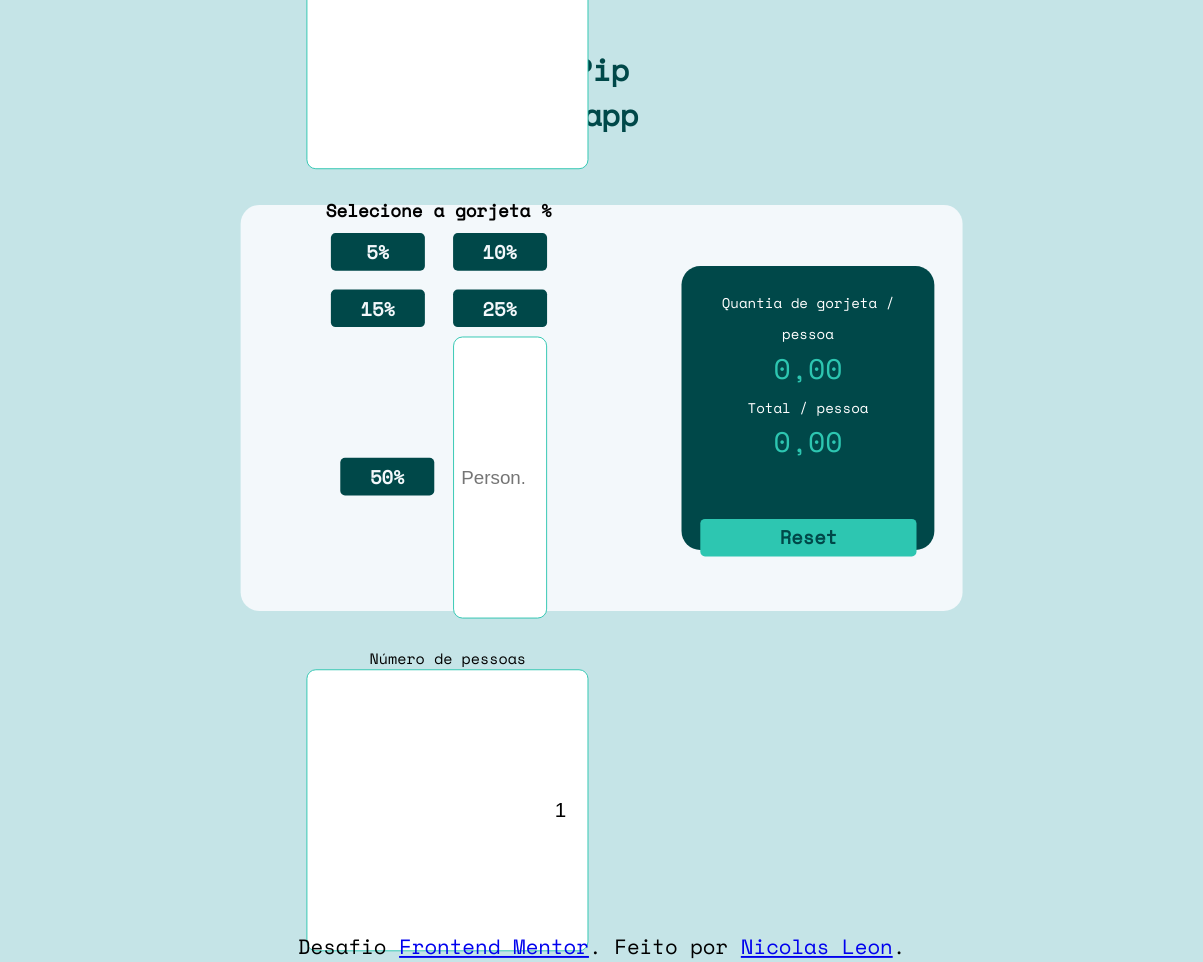
Repository: Leonngc/Calculadora-de-Gorjetas
Page: /
An editor plug-in stored every save of this project. The page is shown before and after a run of saves, followed by the edit.
The browser window is 1280 px wide. The pictures show the whole page, at 94% of full size.
The project was rebuilt for these pictures with package versions that can differ from the ones it lists, and the page was loaded fresh each time. Also part of the build but not shown: webpack.config.js.

Above is the page before, as saved 2023-06-26 19:59:35.

### index.html
<!DOCTYPE html>
<html lang="pt-br">
<head>
  <meta charset="UTF-8">
  <meta name="viewport" content="width=device-width, initial-scale=1.0"> <!-- displays site properly based on user's device -->

  <link rel="icon" type="image/png" sizes="32x32" href="./images/favicon-32x32.png">
  <link rel="stylesheet" href="sass/style.css">
  <title>Gorjeta App</title>
</head>
<body>

  <main>
    <h1>Pip<br>.app</h1>
    <div class="container">

      <div class="bill-container">
        <label for="bill-input">Conta R$</label>
        <input type="number" id="bill-input">

        <div class="tip-container">
          <h3>Selecione a gorjeta %</h3>
          <button>5%</button>
          <button>10%</button>
          <button>15%</button>
          <button>25%</button>
          <button>50%</button>
          <input type="number" placeholder="Person." id="custom-tip"></input>
        </div>

        <label for="">Número de pessoas</label>
        <input type="number" id="number-persons" required value="1" minlength="1">
      </div>

  <div class="result-container">
          <div class="result" id="result-tip">
            <span>
              Quantia de gorjeta
              / pessoa
            </span>
            <div class="output-result" id="output-tip">
              0,00
            </div>
          </div>

        <div class="result" id="result-total">
          <span>
            Total
            / pessoa
          </span>
          <div class="output-result" id="output-total">0,00</div>
        </div>
        <button>Reset</button>
      </div>
    </div>
  </main>

  <footer class="attribution">
    <p>
      Desafio <a href="https://www.frontendmentor.io?ref=challenge" target="_blank">Frontend Mentor</a>.
      Feito por <a href="https://leonngc.github.io/nicdev/" target="_blank">Nicolas Leon</a>.
    </p>
  </footer>
</body>
</html>

### sass/style.css
@import url("https://fonts.googleapis.com/css2?family=Space+Mono&display=swap");
body {
  font-family: Space Mono;
  background-color: #C5E4E7;
}

h1 {
  color: #004849;
}

main {
  height: 100vh;
}

.container {
  background-color: #F3F8FB;
  height: 50vh;
  text-align: center;
  margin-top: 10vh;
}

button {
  background: #004849;
  color: #F3F8FB;
  font-size: 20px;
  font-weight: bold;
  font-family: Space Mono;
  width: 100px;
  height: 40px;
  border-radius: 5px;
  border: none;
}
button:hover {
  background-color: #2DC6B1;
  color: #004849;
}

input {
  width: 300px;
  height: 20px;
  padding: 8px;
  font-size: 22px;
  border: solid 1px #2DC6B1;
  border-radius: 10px;
  text-align: end;
}
input:focus {
  border: solid 1px #2DC6B1;
}

.tip-container input {
  width: 100px;
  font-size: 20px;
}
@media (max-width: 800px) {
  .tip-container input {
    padding: 20px;
  }
}

.result-container {
  background-color: #004849;
  color: #fff;
  font-size: 22px;
}
.result-container .output-result {
  color: #2DC6B1;
  font-size: 30px;
}
@media (max-width: 800px) {
  .result-container .output-result {
    font-size: 18px;
  }
}
.result-container button {
  background-color: #2DC6B1;
  color: #004849;
}

footer {
  margin-top: 220px;
  font-size: 22px;
}

* {
  margin: 0 auto;
  padding: 0;
  box-sizing: border-box;
}

body {
  text-align: center;
}

main {
  margin-top: 50px;
  margin-bottom: 100px;
}
@media (max-width: 800px) {
  main {
    margin-top: 10px;
  }
}

.container {
  width: 60vw;
  height: 60vh;
  display: flex;
  align-items: center;
  border-radius: 20px;
}
@media (max-width: 800px) {
  .container {
    width: 90vw;
    flex-direction: column;
    height: 100vh;
    padding: 20px;
  }
}
.container .bill-container {
  display: flex;
  flex-wrap: wrap;
  width: 50%;
  justify-content: space-around;
  flex-direction: column;
}
.container .bill-container .tip-container {
  width: 95%;
  margin: 30px 0;
}
.container .bill-container .tip-container button {
  margin: 10px;
}
@media (max-width: 800px) {
  .container .bill-container {
    width: 100%;
  }
}
.container .result-container {
  height: 70%;
  width: 35%;
  margin-right: 30px;
  padding: 20px;
  border-radius: 20px;
}
@media (max-width: 800px) {
  .container .result-container {
    width: 80%;
    height: 55%;
    margin: 10px auto;
  }
}
.container .result-container span {
  font-size: 15px;
}
.container .result-container button {
  width: 230px;
  margin-top: 60px;
}
@media (max-width: 800px) {
  .container .result-container button {
    width: 120px;
    margin-top: 20px;
  }
}

input {
  height: 300px;
}

/*# sourceMappingURL=style.css.map */

After the next 2 saves:
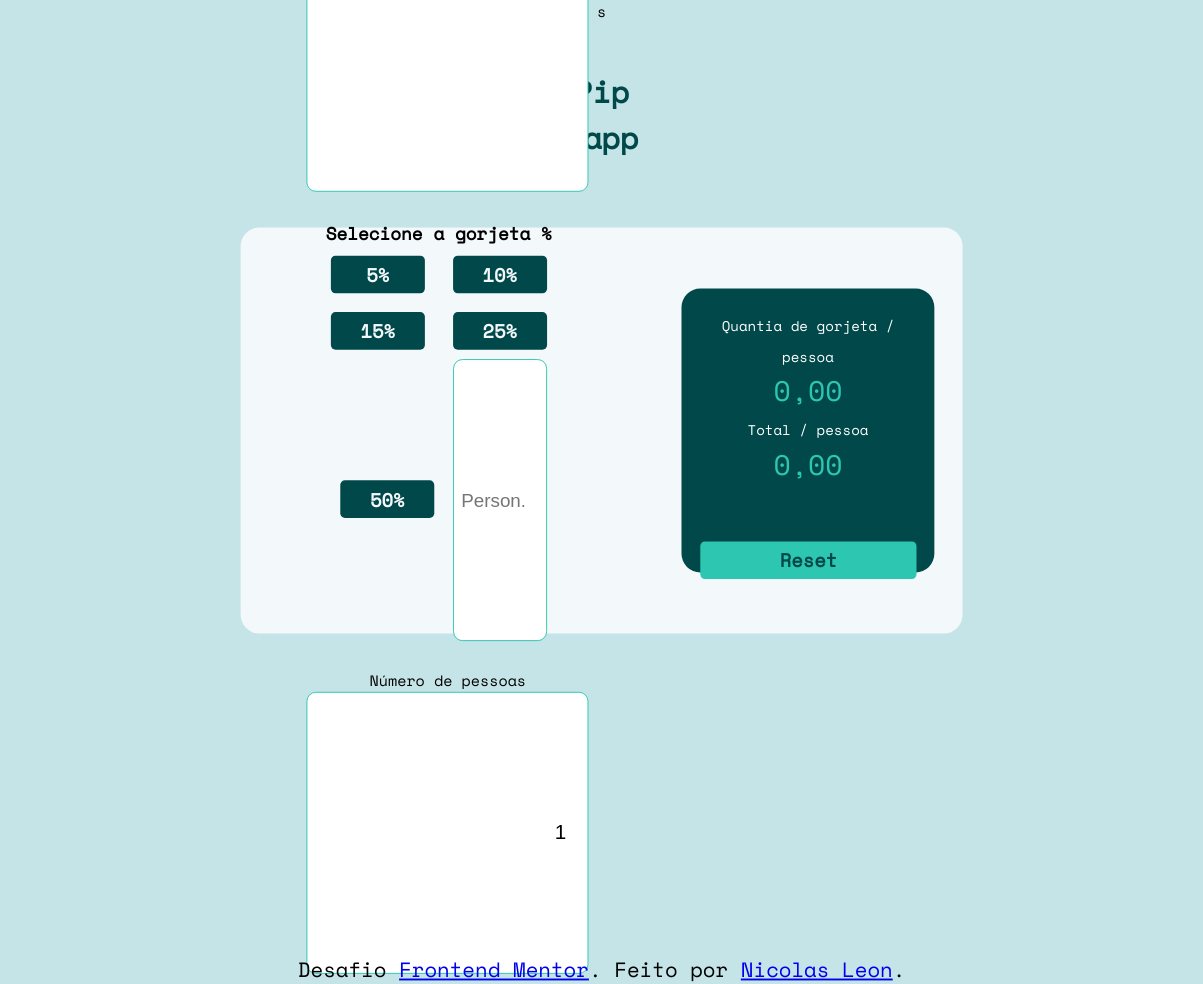
The 2 saves are shown as one change because they came seconds apart.
The last was saved 85 s later.
--- a/index.html
+++ b/index.html
@@ -6,6 +6,7 @@
 
   <link rel="icon" type="image/png" sizes="32x32" href="./images/favicon-32x32.png">
   <link rel="stylesheet" href="sass/style.css">
+  s
   <title>Gorjeta App</title>
 </head>
 <body>

After the 3 saves that followed:
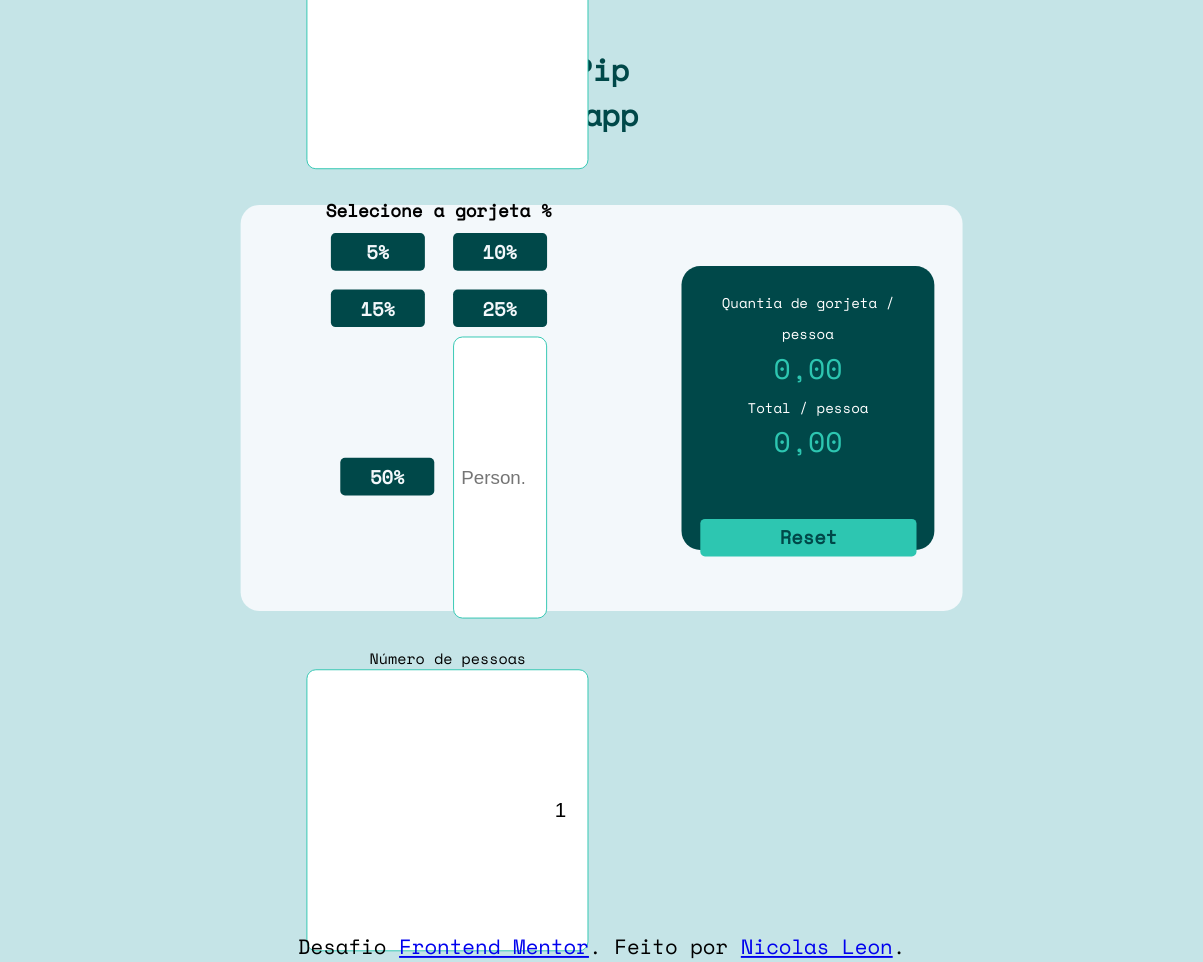
The 3 saves are shown as one change because they came seconds apart.
The last was saved 10 s later.
--- a/index.html
+++ b/index.html
@@ -6,7 +6,7 @@
 
   <link rel="icon" type="image/png" sizes="32x32" href="./images/favicon-32x32.png">
   <link rel="stylesheet" href="sass/style.css">
-  s
+  <script src=""></script>
   <title>Gorjeta App</title>
 </head>
 <body>
